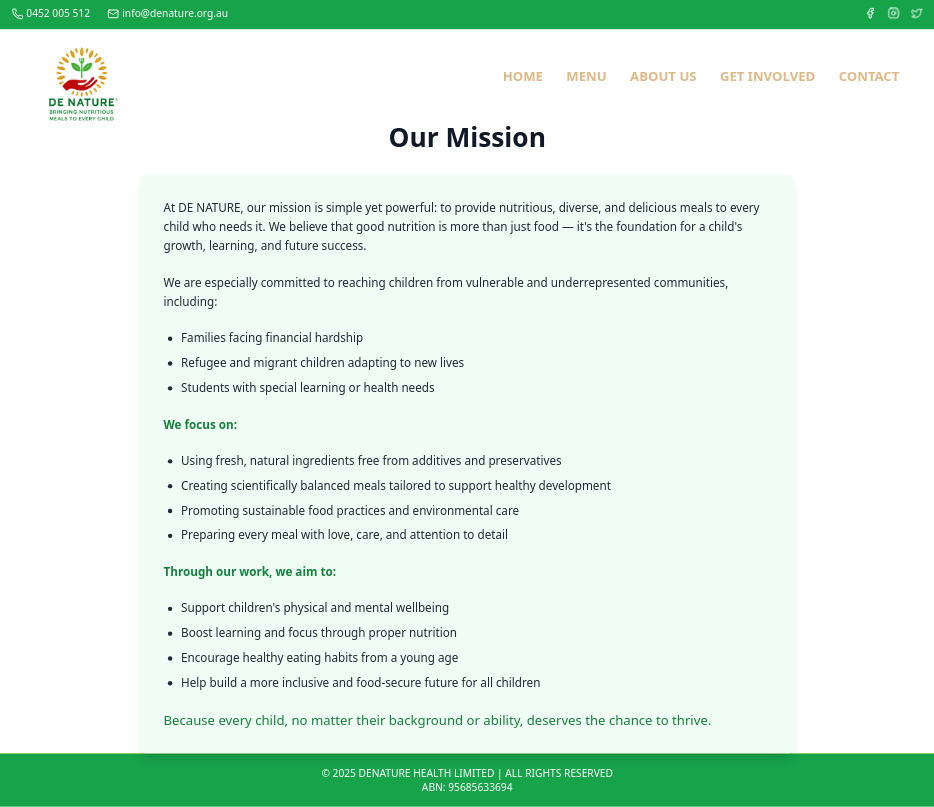
Repository: sunnyyan01/denature-website
Page: /about/our-mission
These files come from the project's save history. The page is drawn as it stood at one moment and after the next save; the edit follows.
The browser window is 1280 px wide. The pictures show the whole page, at 73% of full size.
The project was rebuilt for these pictures with package versions that can differ from the ones it lists, and the page was loaded fresh each time. The framework's server and built-in components were replaced by stand-ins that run in the browser. Also part of the build but not shown: next.config.js.

Above is the page before, as saved 2025-04-21 22:31:32.

### src/app/layout.tsx
import type { Metadata } from "next";
import { Inter, Poppins } from "next/font/google";
import "./globals.css";
import Navbar from "@/components/Navbar";
import Footer from "@/components/Footer";
import { Phone, Mail, Facebook, Instagram, Twitter } from "lucide-react";

const inter = Inter({
  subsets: ["latin"],
  variable: '--font-inter',
});

const poppins = Poppins({
  weight: ['400', '500', '600', '700'],
  subsets: ['latin'],
  variable: '--font-poppins',
});

export const metadata: Metadata = {
  title: "DE NATURE - Sydney Lunch Program",
  description: "Providing nutritious meals to children in need across Sydney",
  verification: {
    google: "OqLlSQNFE1spUS93SXK13pK8N_CO4S7m2l7H1rPvJmY",
  },
  icons: {
    icon: '/favicon.ico',
    shortcut: '/favicon.ico',
  },
};

export default function RootLayout({
  children,
}: {
  children: React.ReactNode;
}) {
  return (
    <html lang="en">
      <body className={`${inter.variable} ${poppins.variable} font-sans bg-background text-text`}>
        {/* Social Info Bar - Fixed at top */}
        <div className="fixed top-0 left-0 right-0 z-50 bg-green-600">
          <div className="container mx-auto px-4 py-2">
            <div className="flex items-center justify-between text-sm">
              <div className="flex items-center space-x-6">
                <a href="tel:0452005512" className="text-white hover:text-primaryLight transition-colors group relative">
                  <Phone className="w-4 h-4 inline-block mr-1" />
                  0452 005 512
                  <span className="absolute -bottom-6 left-0 bg-black/80 text-white text-xs px-2 py-1 rounded opacity-0 group-hover:opacity-100 transition-opacity whitespace-nowrap">
                    Call Us
                  </span>
                </a>
                <a href="mailto:info@denature.org.au?v=2" className="text-white hover:text-primaryLight transition-colors group relative">
                  <Mail className="w-4 h-4 inline-block mr-1" />
                  info@denature.org.au
                  <span className="absolute -bottom-6 left-0 bg-black/80 text-white text-xs px-2 py-1 rounded opacity-0 group-hover:opacity-100 transition-opacity whitespace-nowrap">
                    Email Us
                  </span>
                </a>
              </div>
              <div className="flex items-center space-x-4">
                <a href="#" className="text-white hover:text-primaryLight transition-colors group relative">
                  <Facebook className="w-4 h-4" />
                  <span className="absolute -bottom-6 left-0 bg-black/80 text-white text-xs px-2 py-1 rounded opacity-0 group-hover:opacity-100 transition-opacity whitespace-nowrap">
                    Facebook
                  </span>
                </a>
                <a href="#" className="text-white hover:text-primaryLight transition-colors group relative">
                  <Instagram className="w-4 h-4" />
                  <span className="absolute -bottom-6 left-0 bg-black/80 text-white text-xs px-2 py-1 rounded opacity-0 group-hover:opacity-100 transition-opacity whitespace-nowrap">
                    Instagram
                  </span>
                </a>
                <a href="#" className="text-white hover:text-primaryLight transition-colors group relative">
                  <Twitter className="w-4 h-4" />
                  <span className="absolute -bottom-6 left-0 bg-black/80 text-white text-xs px-2 py-1 rounded opacity-0 group-hover:opacity-100 transition-opacity whitespace-nowrap">
                    Twitter
                  </span>
                </a>
              </div>
            </div>
          </div>
        </div>

        {/* Navigation and Content */}
        <div className="relative">
          <Navbar />
          <main>
            {children}
          </main>
        </div>

        <Footer />
      </body>
    </html>
  );
}

### src/app/about/our-mission/page.tsx
export default function OurMission() {
  return (
    <main className="min-h-screen pt-32">
      <div className="container mx-auto px-4">
        <h1 className="text-4xl font-bold text-gray-900 mb-8 text-center">Our Mission</h1>

        <div className="max-w-4xl mx-auto">
          <div className="bg-green-50 rounded-lg shadow-lg p-8">
            <div className="space-y-6 text-gray-800 leading-relaxed">
              <p>
                At DE NATURE, our mission is simple yet powerful: to provide nutritious, diverse, and delicious meals to every child who needs it. We believe that good nutrition is more than just food — it's the foundation for a child's growth, learning, and future success.
              </p>

              <p>
                We are especially committed to reaching children from vulnerable and underrepresented communities, including:
              </p>

              <ul className="list-disc pl-6 space-y-2">
                <li>Families facing financial hardship</li>
                <li>Refugee and migrant children adapting to new lives</li>
                <li>Students with special learning or health needs</li>
              </ul>

              <p className="font-semibold text-green-700">
                We focus on:
              </p>

              <ul className="list-disc pl-6 space-y-2">
                <li>Using fresh, natural ingredients free from additives and preservatives</li>
                <li>Creating scientifically balanced meals tailored to support healthy development</li>
                <li>Promoting sustainable food practices and environmental care</li>
                <li>Preparing every meal with love, care, and attention to detail</li>
              </ul>

              <p className="font-semibold text-green-700">
                Through our work, we aim to:
              </p>

              <ul className="list-disc pl-6 space-y-2">
                <li>Support children's physical and mental wellbeing</li>
                <li>Boost learning and focus through proper nutrition</li>
                <li>Encourage healthy eating habits from a young age</li>
                <li>Help build a more inclusive and food-secure future for all children</li>
              </ul>

              <p className="text-lg font-medium text-green-700">
                Because every child, no matter their background or ability, deserves the chance to thrive.
              </p>
            </div>
          </div>
        </div>
      </div>
    </main>
  );
}

### src/app/globals.css
@tailwind base;
@tailwind components;
@tailwind utilities;

:root {
  --foreground-rgb: 0, 0, 0;
  --background-rgb: 255, 255, 255;
}

body {
  color: rgb(var(--foreground-rgb));
  background: rgb(var(--background-rgb));
}

/* Smooth scrolling */
html {
  scroll-behavior: smooth;
}

/* Custom scrollbar */
::-webkit-scrollbar {
  width: 8px;
}

::-webkit-scrollbar-track {
  background: #f1f1f1;
}

::-webkit-scrollbar-thumb {
  background: #4ade80;
  border-radius: 4px;
}

::-webkit-scrollbar-thumb:hover {
  background: #22c55e;
}

/* Form styles */
@layer components {
  .form-input {
    @apply w-full px-4 py-2 rounded-md border border-gray-300 focus:outline-none focus:ring-2 focus:ring-green-500 focus:border-transparent;
  }

  .form-textarea {
    @apply w-full px-4 py-2 rounded-md border border-gray-300 focus:outline-none focus:ring-2 focus:ring-green-500 focus:border-transparent;
  }
}

/* Custom styles for form inputs */
input[type="text"],
input[type="email"],
textarea {
  @apply border border-gray-300 rounded-md px-4 py-2 focus:outline-none focus:ring-2 focus:ring-green-500 focus:border-transparent;
}

/* 导航栏样式 */
.navbar {
  background-color: transparent;
  color: #333;
  padding: 1rem 0;
  width: 100%;
  z-index: 50;
}

.navbar-container {
  max-width: 1280px;
  margin: 0 auto;
  padding: 0 1rem;
  display: flex;
  justify-content: space-between;
  align-items: center;
}

.navbar-logo {
  font-size: 1.5rem;
  font-weight: bold;
  color: #8B4513;
  text-decoration: none;
}

.navbar-links {
  display: flex;
  gap: 2rem;
}

.navbar-link {
  color: #333;
  text-decoration: none;
  font-weight: 500;
  transition: color 0.2s;
}

.navbar-link:hover {
  color: #8B4513;
}

/* 移动端菜单按钮 */
.mobile-menu-button {
  display: none;
  color: #333;
  font-size: 1.5rem;
  cursor: pointer;
}

/* 响应式设计 */
@media (max-width: 768px) {
  .mobile-menu-button {
    display: block;
  }

  .navbar-links {
    display: none;
    position: absolute;
    top: 100%;
    left: 0;
    right: 0;
    background-color: white;
    padding: 1rem;
    flex-direction: column;
    gap: 1rem;
  }

  .navbar-links.active {
    display: flex;
  }
}

### src/components/Navbar.tsx
'use client';

import Link from 'next/link';
import { useState, useEffect } from 'react';
import { ChevronDown } from 'lucide-react';
import Image from 'next/image';
import { usePathname } from 'next/navigation';

export default function Navbar() {
  const [isMobileMenuOpen, setIsMobileMenuOpen] = useState(false);
  const [isGetInvolvedOpen, setIsGetInvolvedOpen] = useState(false);
  const [isAboutOpen, setIsAboutOpen] = useState(false);
  const pathname = usePathname();

  const navigation = [
    { name: 'HOME', href: '/' },
    { name: 'MENU', href: '/menu' },
    { name: 'ABOUT US', href: '/about' },
    { name: 'GET INVOLVED', href: '/get-involved' },
    { name: 'CONTACT', href: '/contact' },
  ];

  const aboutLinks = [
    { name: 'Our Story', href: '/about/our-story' },
    { name: 'Our Mission', href: '/about/our-mission' },
    { name: 'Messages from Founder', href: '/about/messages-from-founder' },
  ];

  const getInvolvedLinks = [
    { name: 'Volunteer', href: '/get-involved/volunteer' },
    { name: 'Donate Funds', href: '/get-involved/donate-funds' },
    { name: 'Donate Food', href: '/get-involved/donate-food' },
    { name: 'Become a Sponsor', href: '/get-involved/become-sponsor' },
    { name: 'Partner With Us', href: '/get-involved/partner-with-us' },
  ];

  return (
    <>
      {/* Social Info Bar */}
      <div className="bg-green-600 text-white py-2">
        <div className="container mx-auto px-4 flex justify-between items-center">
          <div className="flex space-x-4">
            <a href="tel:0452005512" className="hover:text-green-200">
              <i className="fas fa-phone mr-2"></i>0452 005 512
            </a>
            <a href="mailto:info@denature.com" className="hover:text-green-200">
              <i className="fas fa-envelope mr-2"></i>info@denature.com
            </a>
          </div>
          <div className="flex space-x-4">
            <a href="#" className="hover:text-green-200">
              <i className="fab fa-facebook-f"></i>
            </a>
            <a href="#" className="hover:text-green-200">
              <i className="fab fa-twitter"></i>
            </a>
            <a href="#" className="hover:text-green-200">
              <i className="fab fa-instagram"></i>
            </a>
            <a href="#" className="hover:text-green-200">
              <i className="fab fa-linkedin-in"></i>
            </a>
          </div>
        </div>
      </div>

      {/* Main Navigation */}
      <nav className="absolute w-full z-40 transition-all duration-300 bg-transparent">
        <div className="container mx-auto px-12">
          <div className="flex items-center justify-between h-32">
            <Link href="/" className="flex items-center mt-8">
              <img
                src="/images/logo/logo-clear.png"
                alt="DE NATURE Logo"
                className="h-32 w-auto"
              />
            </Link>

            {/* Desktop Navigation */}
            <div className="hidden md:flex items-center space-x-8">
              {navigation.map((item) => (
                <div key={item.name} className="relative group">
                  {item.name === 'ABOUT US' || item.name === 'GET INVOLVED' ? (
                    <button
                      className={`text-[#DEB887] hover:text-[#D2B48C] transition-colors text-lg font-bold ${
                        pathname === item.href ? 'text-[#D2B48C]' : ''
                      }`}
                      onMouseEnter={() => item.name === 'ABOUT US' ? setIsAboutOpen(true) : setIsGetInvolvedOpen(true)}
                      onMouseLeave={() => item.name === 'ABOUT US' ? setIsAboutOpen(false) : setIsGetInvolvedOpen(false)}
                    >
                      {item.name}
                      <span className="absolute -top-2 left-0 w-full h-0.5 bg-current transform scale-x-0 transition-transform duration-300 group-hover:scale-x-100"></span>
                    </button>
                  ) : (
                    <Link
                      href={item.href}
                      className={`text-[#DEB887] hover:text-[#D2B48C] transition-colors text-lg font-bold ${
                        pathname === item.href ? 'text-[#D2B48C]' : ''
                      }`}
                    >
                      {item.name}
                      <span className="absolute -top-2 left-0 w-full h-0.5 bg-current transform scale-x-0 transition-transform duration-300 group-hover:scale-x-100"></span>
                    </Link>
                  )}
                  {item.name === 'ABOUT US' && (
                    <div
                      className={`absolute top-full left-0 w-48 bg-white/80 backdrop-blur-sm shadow-lg rounded-lg py-2 transition-all duration-200 ${
                        isAboutOpen ? 'opacity-100 visible' : 'opacity-0 invisible'
                      }`}
                      onMouseEnter={() => setIsAboutOpen(true)}
                      onMouseLeave={() => setIsAboutOpen(false)}
                    >
                      {aboutLinks.map((link) => (
                        <Link
                          key={link.name}
                          href={link.href}
                          className="block px-4 py-2 text-gray-700 hover:bg-green-50 hover:text-green-700 transition-colors"
                        >
                          {link.name}
                        </Link>
                      ))}
                    </div>
                  )}
                  {item.name === 'GET INVOLVED' && (
                    <div
                      className={`absolute top-full left-0 w-48 bg-white/80 backdrop-blur-sm shadow-lg rounded-lg py-2 transition-all duration-200 ${
                        isGetInvolvedOpen ? 'opacity-100 visible' : 'opacity-0 invisible'
                      }`}
                      onMouseEnter={() => setIsGetInvolvedOpen(true)}
                      onMouseLeave={() => setIsGetInvolvedOpen(false)}
                    >
                      {getInvolvedLinks.map((link) => (
                        <Link
                          key={link.name}
                          href={link.href}
                          className="block px-4 py-2 text-gray-700 hover:bg-green-50 hover:text-green-700 transition-colors"
                        >
                          {link.name}
                        </Link>
                      ))}
                    </div>
                  )}
                </div>
              ))}
            </div>

            {/* Mobile Menu Button */}
            <button
              className="md:hidden text-[#DEB887]"
              onClick={() => setIsMobileMenuOpen(!isMobileMenuOpen)}
            >
              <svg className="w-6 h-6" fill="none" stroke="currentColor" viewBox="0 0 24 24">
                {isMobileMenuOpen ? (
                  <path strokeLinecap="round" strokeLinejoin="round" strokeWidth={2} d="M6 18L18 6M6 6l12 12" />
                ) : (
                  <path strokeLinecap="round" strokeLinejoin="round" strokeWidth={2} d="M4 6h16M4 12h16M4 18h16" />
                )}
              </svg>
            </button>
          </div>
        </div>

        {/* Mobile Menu */}
        <div className={`md:hidden transition-all duration-300 ${isMobileMenuOpen ? 'max-h-screen opacity-100' : 'max-h-0 opacity-0 overflow-hidden'}`}>
          <div className="py-4 space-y-4 bg-white/80 backdrop-blur-sm">
            {navigation.map((item) => (
              <div key={item.name}>
                {item.name === 'ABOUT US' ? (
                  <div>
                    <button
                      onClick={() => setIsAboutOpen(!isAboutOpen)}
                      className="text-gray-700 hover:text-green-700 transition-colors flex items-center justify-between w-full px-4"
                    >
                      {item.name}
                      <ChevronDown className={`w-4 h-4 transition-transform ${isAboutOpen ? 'rotate-180' : ''}`} />
                    </button>
                    {isAboutOpen && (
                      <div className="pl-4 space-y-2 mt-2">
                        {aboutLinks.map((link) => (
                          <Link
                            key={link.name}
                            href={link.href}
                            className="block text-gray-700 hover:text-green-700 transition-colors px-4"
                            onClick={() => setIsMobileMenuOpen(false)}
                          >
                            {link.name}
                          </Link>
                        ))}
                      </div>
                    )}
                  </div>
                ) : item.name === 'GET INVOLVED' ? (
                  <div>
                    <button
                      onClick={() => setIsGetInvolvedOpen(!isGetInvolvedOpen)}
                      className="text-gray-700 hover:text-green-700 transition-colors flex items-center justify-between w-full px-4"
                    >
                      {item.name}
                      <ChevronDown className={`w-4 h-4 transition-transform ${isGetInvolvedOpen ? 'rotate-180' : ''}`} />
                    </button>
                    {isGetInvolvedOpen && (
                      <div className="pl-4 space-y-2 mt-2">
                        {getInvolvedLinks.map((link) => (
                          <Link
                            key={link.name}
                            href={link.href}
                            className="block text-gray-700 hover:text-green-700 transition-colors px-4"
                            onClick={() => setIsMobileMenuOpen(false)}
                          >
                            {link.name}
                          </Link>
                        ))}
                      </div>
                    )}
                  </div>
                ) : (
                  <Link
                    href={item.href}
                    className="block text-gray-700 hover:text-green-700 transition-colors px-4"
                    onClick={() => setIsMobileMenuOpen(false)}
                  >
                    {item.name}
                  </Link>
                )}
              </div>
            ))}
          </div>
        </div>
      </nav>
    </>
  );
}

### src/components/Footer.tsx
'use client';

export default function Footer() {
  const currentYear = new Date().getFullYear();

  return (
    <footer className="bg-green-600 text-white">
      <div className="border-t border-[#FFD700]/30 py-4">
        <div className="container mx-auto px-4">
          <div className="text-center text-sm text-white">
            <p>© 2025 DENATURE HEALTH LIMITED | ALL RIGHTS RESERVED</p>
            <p>ABN: 95685633694</p>
          </div>
        </div>
      </div>
    </footer>
  );
}

Loaded but not shown: tailwind.config.js (30 lines, source omitted)

After the next save:
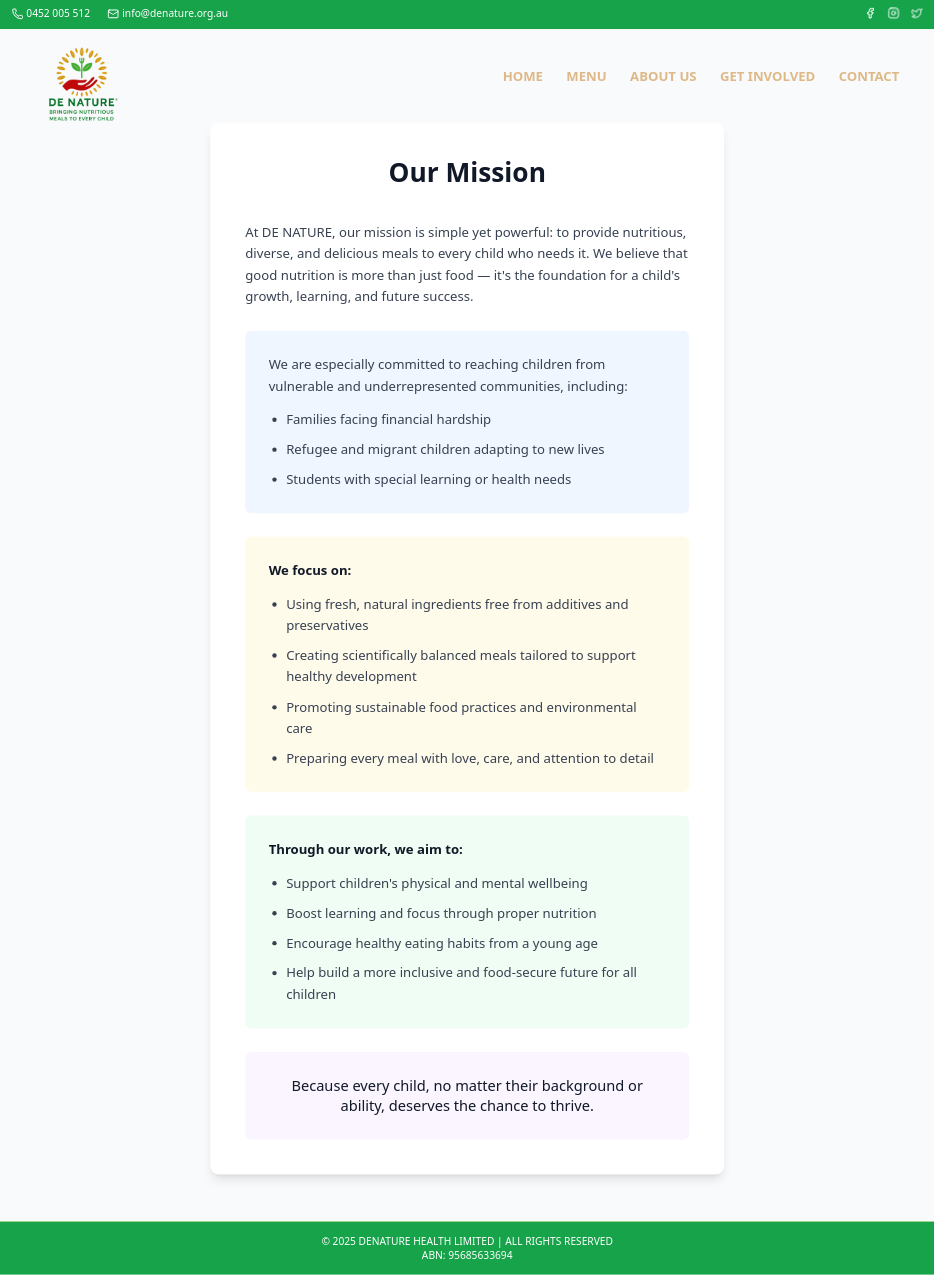
Saved 6 min 8 s later.
--- a/src/app/about/our-mission/page.tsx
+++ b/src/app/about/our-mission/page.tsx
@@ -1,53 +1,63 @@
 export default function OurMission() {
   return (
-    <main className="min-h-screen pt-32">
-      <div className="container mx-auto px-4">
-        <h1 className="text-4xl font-bold text-gray-900 mb-8 text-center">Our Mission</h1>
+    <main className="min-h-screen bg-gray-50">
+      <div className="pt-32 pb-16">
+        <div className="max-w-3xl mx-auto px-4 sm:px-6 lg:px-8">
+          <article className="bg-white rounded-xl shadow-lg p-8 sm:p-12">
+            <h1 className="text-4xl font-bold text-gray-900 mb-12 text-center">
+              Our Mission
+            </h1>
 
-        <div className="max-w-4xl mx-auto">
-          <div className="bg-green-50 rounded-lg shadow-lg p-8">
-            <div className="space-y-6 text-gray-800 leading-relaxed">
+            <div className="space-y-8 text-lg text-gray-700 leading-relaxed">
               <p>
                 At DE NATURE, our mission is simple yet powerful: to provide nutritious, diverse, and delicious meals to every child who needs it. We believe that good nutrition is more than just food — it's the foundation for a child's growth, learning, and future success.
               </p>
 
-              <p>
-                We are especially committed to reaching children from vulnerable and underrepresented communities, including:
-              </p>
+              <div className="bg-blue-50 rounded-lg p-8">
+                <p className="mb-4">
+                  We are especially committed to reaching children from vulnerable and underrepresented communities, including:
+                </p>
 
-              <ul className="list-disc pl-6 space-y-2">
-                <li>Families facing financial hardship</li>
-                <li>Refugee and migrant children adapting to new lives</li>
-                <li>Students with special learning or health needs</li>
-              </ul>
+                <ul className="list-disc pl-6 space-y-3">
+                  <li>Families facing financial hardship</li>
+                  <li>Refugee and migrant children adapting to new lives</li>
+                  <li>Students with special learning or health needs</li>
+                </ul>
+              </div>
 
-              <p className="font-semibold text-green-700">
-                We focus on:
-              </p>
+              <div className="bg-amber-50 rounded-lg p-8">
+                <p className="font-semibold text-gray-900 mb-4">
+                  We focus on:
+                </p>
 
-              <ul className="list-disc pl-6 space-y-2">
-                <li>Using fresh, natural ingredients free from additives and preservatives</li>
-                <li>Creating scientifically balanced meals tailored to support healthy development</li>
-                <li>Promoting sustainable food practices and environmental care</li>
-                <li>Preparing every meal with love, care, and attention to detail</li>
-              </ul>
+                <ul className="list-disc pl-6 space-y-3">
+                  <li>Using fresh, natural ingredients free from additives and preservatives</li>
+                  <li>Creating scientifically balanced meals tailored to support healthy development</li>
+                  <li>Promoting sustainable food practices and environmental care</li>
+                  <li>Preparing every meal with love, care, and attention to detail</li>
+                </ul>
+              </div>
 
-              <p className="font-semibold text-green-700">
-                Through our work, we aim to:
-              </p>
+              <div className="bg-green-50 rounded-lg p-8">
+                <p className="font-semibold text-gray-900 mb-4">
+                  Through our work, we aim to:
+                </p>
 
-              <ul className="list-disc pl-6 space-y-2">
-                <li>Support children's physical and mental wellbeing</li>
-                <li>Boost learning and focus through proper nutrition</li>
-                <li>Encourage healthy eating habits from a young age</li>
-                <li>Help build a more inclusive and food-secure future for all children</li>
-              </ul>
+                <ul className="list-disc pl-6 space-y-3">
+                  <li>Support children's physical and mental wellbeing</li>
+                  <li>Boost learning and focus through proper nutrition</li>
+                  <li>Encourage healthy eating habits from a young age</li>
+                  <li>Help build a more inclusive and food-secure future for all children</li>
+                </ul>
+              </div>
 
-              <p className="text-lg font-medium text-green-700">
-                Because every child, no matter their background or ability, deserves the chance to thrive.
-              </p>
+              <div className="bg-purple-50 rounded-lg p-8 text-center">
+                <p className="text-xl font-medium text-gray-900">
+                  Because every child, no matter their background or ability, deserves the chance to thrive.
+                </p>
+              </div>
             </div>
-          </div>
+          </article>
         </div>
       </div>
     </main>
